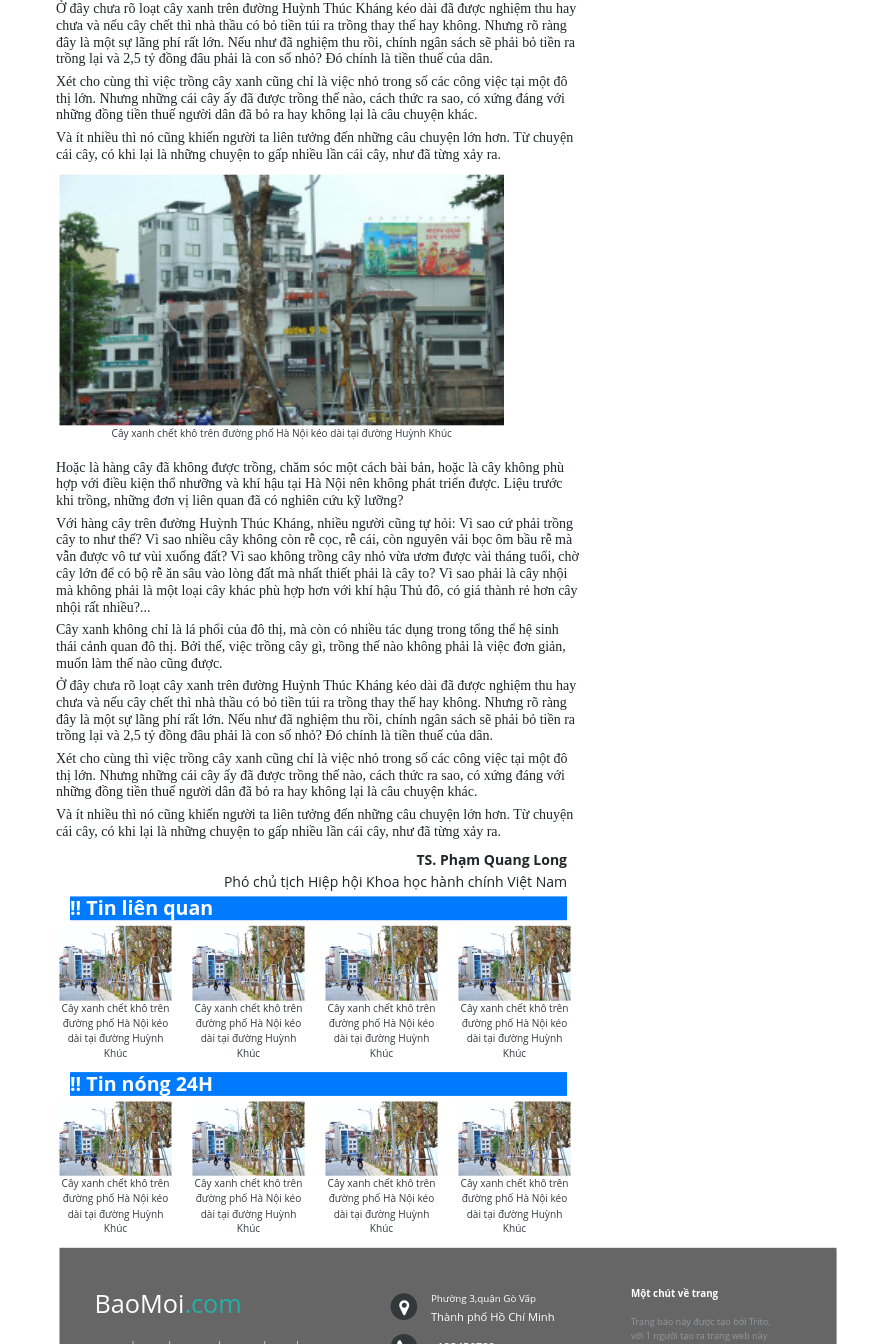
Repository: TRITO719/18_TrinhQuocToan_20081631
Page: So37/html/caykho.html
An editor plug-in stored every save of this project. The page is shown before and after the next save, followed by the edit.
The browser window is 1280 px wide. The pictures show the part of the page from y = 2091 to 4011 px (the page is 4209 px tall before and 4262 px after), at 70% of full size.

Above is the page before, as saved 2023-04-22 13:52:24.

### So37/html/caykho.html
<!DOCTYPE html>
<html lang="en">
<head>
    <meta charset="UTF-8">
    <meta http-equiv="X-UA-Compatible" content="IE=edge">
    <meta name="viewport" content="width=device-width, initial-scale=1.0">
    <title>Document</title>
    <link rel="stylesheet" href="../css/bootstrap.min.css">
    <script src="../js/jquery-3.6.4.min.js"></script>
    <script src="../js/bootstrap.min.js"></script>
    <link rel="stylesheet" href="../css/style.css">
    <link rel="stylesheet" href="https://cdnjs.cloudflare.com/ajax/libs/font-awesome/4.7.0/css/font-awesome.min.css">
</head>
<body>
    <!--Tao thuong hieu va menu-->
    <div class="container">
        <!--Nhan-->
        <a  href="">
            <img class="navbar-brand-item mx-auto d-block" src="../img/Capture.PNG" alt="">
        </a>
        <!--Menu-->
        <nav class="navbar navbar-expand-lg  navbar-light bg-light sticky-top">
            <div class="navbar-collapse collapse show" id="navbar">
                <ul class="navbar-nav">
                    <!--Trang chu-->
                    <li class="nav-item dropdown">
                        <a class="nav-link dropdown-toggle" id="trangchu" data-toggle="dropdown" aria-haspopup="true" aria-expanded="false" href="#">Trang chủ</a>
                        <div class="dropdown-menu" aria-labelledby="trangchu">
                            <a class="dropdown-item" href="#">Trang chính</a>
                            <a class="dropdown-item" href="#">Trang mua sắm</a>
                            <a class="dropdown-item" href="#">Trang giới thiệu</a>
                        </div>
                    </li>

                        <li class="nav-item dropdown">
                            <a class="nav-link dropdown-toggle" href="#" id="thoisuDropdown" role="button" data-toggle="dropdown" aria-haspopup="true" aria-expanded="false">Thời sự
                            </a>
                            <div class="dropdown-menu" aria-labelledby="thoisuDropdown">
                                <a class="dropdown-item" href="#">Tin nóng</a>
                                <a class="dropdown-item" href="#">Tin mới</a>
                                <a class="dropdown-item" href="#">Tin trong ngày</a>
                                <a class="dropdown-item" href="#">Tin trong tuần</a>
                                <a class="dropdown-item" href="#">Tin chính trị</a>
                                <a class="dropdown-item" href="#">Tin kinh tế</a>
                                <a class="dropdown-item" href="#">Tin giáo dục </a>
                                <a class="dropdown-item" href="#">Tin quân sự</a>
                            </div>
                        </li>
                        <li class="nav-item dropdown">
                            <a class="nav-link dropdown-toggle" href="#" id="thoisuDropdown" role="button" data-toggle="dropdown" aria-haspopup="true" aria-expanded="false">Thế giới
                            </a>
                            <div class="dropdown-menu" aria-labelledby="thoisuDropdown">
                                <a class="dropdown-item" href="#">Tin nóng</a>
                                <a class="dropdown-item" href="#">Tin mới</a>
                                <a class="dropdown-item" href="#">Tin trong ngày</a>
                                <a class="dropdown-item" href="#">Tin trong tuần</a>
                                <a class="dropdown-item" href="#">Tin chính trị</a>
                                <a class="dropdown-item" href="#">Tin kinh tế</a>
                                <a class="dropdown-item" href="#">Tin giáo dục </a>
                                <a class="dropdown-item" href="#">Tin quân sự</a>
                            </div>
                        </li>
                        <li class="nav-item ">
                            <a class="nav-link" href="">Video</a>

                        </li>
                        <li class="nav-item ">
                            <a class="nav-link" href="">Chủ đề</a>

                        </li>

                        <div class="col ml-auto">
                            <form class="d-flex">
                                <input class="form-control me-2" type="search" placeholder="Tìm kiếm" aria-label="Search">
                                <button class="btn btn-outline-success" type="submit">Tìm kiếm</button>
                            </form>

                        </div>

                </ul>

            </div>

        </nav>
        <div class="row text-center " style="font-family:'Times', 'Gill Sans MT', Calibri, 'Trebuchet MS', sans-serif">
            <h1>Cây xanh chết khô trên đường phố Hà Nội kéo dài tại đường Huỳnh Khúc</h1>
            <p class="text-muted" >04/04/2023</p>
            <h5 class="font-weight-bold">Sáng 3/4, nhiều cây nhội chết khô có đường kính thân 20-25cm trên vỉa hè dọc đường Huỳnh Thúc Kháng kéo dài (Hà Nội) đã được nhổ lên.</h5>
                <figure>
                    <img src="../img/cay-xanh-chet-kho-tren-duong-huynh-thuc-khang-keo-dai-2-16803995389678631728.jpg" class="d-block w-100 trans" alt="Hình ảnh 1">
                    <figcaption class="figure-caption text-center text-dark ">
                        Cây xanh chết khô trên đường phố Hà Nội kéo dài tại đường Huỳnh Khúc
                    </figcaption>


        </div>
        <div class="row">
            <div class="col-7" style="margin: 10px;padding: 10px; font-family: 'Times New Roman', Times, serif;">
                <h5>Hạng mục cây xanh trên tuyến đường này có trị giá khoảng 2,5 tỷ đồng, do nhà thầu thi công là liên danh Công ty Đường bộ Phú Thọ và Công ty CP Đầu tư DCC Hà Nội thực hiện. Trước mắt, có vài chục cây được xác định đã bị chết.</h5>

            </div>
            <div class="col-4">

            </div>
            <div class="col-sm-7 col-md-7">
                    <figure>
                        <img src="../img/caykho/img-bgt-2021-cay-xanh-1680532614-width1280height824.jpg" class="d-block w-100 trans" alt="Hình ảnh 1">
                        <figcaption class="figure-caption text-center text-dark ">
                            Cây xanh chết khô trên đường phố Hà Nội kéo dài tại đường Huỳnh Khúc
                        </figcaption>
                    </figure>
            </div>
            <div class="col-4">

            </div>
            <div class="col-8" style="font-family:'Times New Roman', Times, serif; margin: 5px; padding: 5px;">
                <h5>
                    Nguyên nhân khiến cây xanh chết khô hoặc có dấu hiệu sinh trưởng thấp được những người có trách nhiệm cho rằng “do thổ nhưỡng bị thay đổi đột ngột”.
                </h5>
                <h5>
                    Đường Huỳnh Thúc Kháng kéo dài có chiều dài khoảng 1,3km, vừa được thông xe vào ngày 17/1, có tổng mức đầu tư hơn 340 tỷ đồng do quận Đống Đa làm chủ đầu tư. Hàng cây xanh 2 bên đường với số lượng 264 cây được đầu tư đồng bộ cùng các hạng mục khác của con đường.
                </h5>
                <h5>
                    Tuy nhiên, đã nhiều tháng trôi qua, hàng cây không lên xanh mà bị khô héo. Nhiều cây chết đã lâu nên lớp vỏ bị bong tróc, gây mất cảnh quan đô thị và tiềm ẩn nguy cơ gãy, đổ, đe dọa người tham gia giao thông.
                </h5>
                <h5>
                    Còn nhớ, vào năm 2020, sau gần 3 năm trồng, những cây phong trên đường Trần Duy Hưng - Nguyễn Chí Thanh, Hà Nội cũng rơi vào tình trạng trơ trụi lá, nhiều cây bị chết khô. Tuyến đường này vốn được kỳ vọng sẽ trở thành một trong những con đường đẹp, lãng mạn nhất Thủ đô lúc bấy giờ…
                </h5>
                <h5>
                    Nhìn những cây nhội bị đốn hạ trên đường Huỳnh Thúc Kháng để chuẩn bị thay thế cây mới, nhiều người không khỏi xót xa. Dù lý do được đưa ra là “thổ nhưỡng thay đổi đột ngột” để lý giải cho hiện tượng cây chết, song cũng không loại trừ những yếu tố khác.
                </h5>
                <h5>
                    Hoặc là hàng cây đã không được trồng, chăm sóc một cách bài bản, hoặc là cây không phù hợp với điều kiện thổ nhưỡng và khí hậu tại Hà Nội nên không phát triển được. Liệu trước khi trồng, những đơn vị liên quan đã có nghiên cứu kỹ lưỡng?
                </h5>

                <h5>
                    Với hàng cây trên đường Huỳnh Thúc Kháng, nhiều người cũng tự hỏi: Vì sao cứ phải trồng cây to như thế? Vì sao nhiều cây không còn rễ cọc, rễ cái, còn nguyên vải bọc ôm bầu rễ mà vẫn được vô tư vùi xuống đất? Vì sao không trồng cây nhỏ vừa ươm được vài tháng tuổi, chờ cây lớn để có bộ rễ ăn sâu vào lòng đất mà nhất thiết phải là cây to? Vì sao phải là cây nhội mà không phải là một loại cây khác phù hợp hơn với khí hậu Thủ đô, có giá thành rẻ hơn cây nhội rất nhiều?...
                </h5>
                <h5>
                    Cây xanh không chỉ là lá phổi của đô thị, mà còn có nhiều tác dụng trong tổng thể hệ sinh thái cảnh quan đô thị. Bởi thế, việc trồng cây gì, trồng thế nào không phải là việc đơn giản, muốn làm thế nào cũng được.
                </h5>
                <h5>
                    Ở đây chưa rõ loạt cây xanh trên đường Huỳnh Thúc Kháng kéo dài đã được nghiệm thu hay chưa và nếu cây chết thì nhà thầu có bỏ tiền túi ra trồng thay thế hay không. Nhưng rõ ràng đây là một sự lãng phí rất lớn. Nếu như đã nghiệm thu rồi, chính ngân sách sẽ phải bỏ tiền ra trồng lại và 2,5 tỷ đồng đâu phải là con số nhỏ? Đó chính là tiền thuế của dân.
                </h5>
                <h5>
                    Xét cho cùng thì việc trồng cây xanh cũng chỉ là việc nhỏ trong số các công việc tại một đô thị lớn. Nhưng những cái cây ấy đã được trồng thế nào, cách thức ra sao, có xứng đáng với những đồng tiền thuế người dân đã bỏ ra hay không lại là câu chuyện khác.

                </h5>
                <h5>
                    Và ít nhiều thì nó cũng khiến người ta liên tưởng đến những câu chuyện lớn hơn. Từ chuyện cái cây, có khi lại là những chuyện to gấp nhiều lần cái cây, như đã từng xảy ra.
                </h5>
            </div>
            <div class="col-sm-7 col-md-7">
                <figure>
                    <img src="../img/caykho/img-bgt-2021-img-9447-1679054770-width288height169.jpg" class="d-block w-100 trans" alt="Hình ảnh 1">
                    <figcaption class="figure-caption text-center text-dark ">
                        Cây xanh chết khô trên đường phố Hà Nội kéo dài tại đường Huỳnh Khúc
                    </figcaption>
                </figure>
        </div>
        <div class="col-4">

        </div>
        <div class="col-8" style="font-family:'Times New Roman', Times, serif; margin: 5px; padding: 5px;">
            <h5>
                Hoặc là hàng cây đã không được trồng, chăm sóc một cách bài bản, hoặc là cây không phù hợp với điều kiện thổ nhưỡng và khí hậu tại Hà Nội nên không phát triển được. Liệu trước khi trồng, những đơn vị liên quan đã có nghiên cứu kỹ lưỡng?
            </h5>

            <h5>
                Với hàng cây trên đường Huỳnh Thúc Kháng, nhiều người cũng tự hỏi: Vì sao cứ phải trồng cây to như thế? Vì sao nhiều cây không còn rễ cọc, rễ cái, còn nguyên vải bọc ôm bầu rễ mà vẫn được vô tư vùi xuống đất? Vì sao không trồng cây nhỏ vừa ươm được vài tháng tuổi, chờ cây lớn để có bộ rễ ăn sâu vào lòng đất mà nhất thiết phải là cây to? Vì sao phải là cây nhội mà không phải là một loại cây khác phù hợp hơn với khí hậu Thủ đô, có giá thành rẻ hơn cây nhội rất nhiều?...
            </h5>
            <h5>
                Cây xanh không chỉ là lá phổi của đô thị, mà còn có nhiều tác dụng trong tổng thể hệ sinh thái cảnh quan đô thị. Bởi thế, việc trồng cây gì, trồng thế nào không phải là việc đơn giản, muốn làm thế nào cũng được.
            </h5>
            <h5>
                Ở đây chưa rõ loạt cây xanh trên đường Huỳnh Thúc Kháng kéo dài đã được nghiệm thu hay chưa và nếu cây chết thì nhà thầu có bỏ tiền túi ra trồng thay thế hay không. Nhưng rõ ràng đây là một sự lãng phí rất lớn. Nếu như đã nghiệm thu rồi, chính ngân sách sẽ phải bỏ tiền ra trồng lại và 2,5 tỷ đồng đâu phải là con số nhỏ? Đó chính là tiền thuế của dân.
            </h5>
            <h5>
                Xét cho cùng thì việc trồng cây xanh cũng chỉ là việc nhỏ trong số các công việc tại một đô thị lớn. Nhưng những cái cây ấy đã được trồng thế nào, cách thức ra sao, có xứng đáng với những đồng tiền thuế người dân đã bỏ ra hay không lại là câu chuyện khác.

            </h5>
            <h5>
                Và ít nhiều thì nó cũng khiến người ta liên tưởng đến những câu chuyện lớn hơn. Từ chuyện cái cây, có khi lại là những chuyện to gấp nhiều lần cái cây, như đã từng xảy ra.
            </h5>


        </div>


        </div>
        <div class="col-8">
            <div class="text-right">
                <h5 class="font-weight-bold">
                    TS. Phạm Quang Long
                </h5>
                <h5>
                    Phó chủ tịch Hiệp hội Khoa học hành chính Việt Nam
                </h5>

            </div>
            <div>
                <h3 class="text-white font-weight-bold bg-primary">!! Tin liên quan</h3>
            </div>
        </div>
        <div class="row">
            <div class="col-sm-2 col-md-2">
                <a href="">
                    <figure>
                        <img src="../img/cay-xanh-chet-kho-tren-duong-huynh-thuc-khang-keo-dai-2-16803995389678631728.jpg" class="d-block w-100 trans" alt="Hình ảnh 1">
                        <figcaption class="figure-caption text-center text-dark ">
                            Cây xanh chết khô trên đường phố Hà Nội kéo dài tại đường Huỳnh Khúc
                        </figcaption>
                </a>

            </div>
            <div class="col-sm-2 col-md-2">
                <a href="">
                    <figure>
                        <img src="../img/cay-xanh-chet-kho-tren-duong-huynh-thuc-khang-keo-dai-2-16803995389678631728.jpg" class="d-block w-100 trans" alt="Hình ảnh 1">
                        <figcaption class="figure-caption text-center text-dark ">
                            Cây xanh chết khô trên đường phố Hà Nội kéo dài tại đường Huỳnh Khúc
                        </figcaption>
                </a>

            </div>
            <div class="col-sm-2 col-md-2">
                <a href="">
                    <figure>
                        <img src="../img/cay-xanh-chet-kho-tren-duong-huynh-thuc-khang-keo-dai-2-16803995389678631728.jpg" class="d-block w-100 trans" alt="Hình ảnh 1">
                        <figcaption class="figure-caption text-center text-dark ">
                            Cây xanh chết khô trên đường phố Hà Nội kéo dài tại đường Huỳnh Khúc
                        </figcaption>
                </a>

            </div>
            <div class="col-sm-2 col-md-2">
                <a href="">
                    <figure>
                        <img src="../img/cay-xanh-chet-kho-tren-duong-huynh-thuc-khang-keo-dai-2-16803995389678631728.jpg" class="d-block w-100 trans" alt="Hình ảnh 1">
                        <figcaption class="figure-caption text-center text-dark ">
                            Cây xanh chết khô trên đường phố Hà Nội kéo dài tại đường Huỳnh Khúc
                        </figcaption>
                </a>

            </div>

        </div>
        <div class="col-sm-8 col-md-8">
            <div>
                <h3 class="text-white font-weight-bold bg-primary">!! Tin nóng 24H</h3>
            </div>

        </div>
        <div class="row">
            <div class="col-sm-2 col-md-2">
                <a href="">
                    <figure>
                        <img src="../img/cay-xanh-chet-kho-tren-duong-huynh-thuc-khang-keo-dai-2-16803995389678631728.jpg" class="d-block w-100 trans" alt="Hình ảnh 1">
                        <figcaption class="figure-caption text-center text-dark ">
                            Cây xanh chết khô trên đường phố Hà Nội kéo dài tại đường Huỳnh Khúc
                        </figcaption>
                </a>

            </div>
            <div class="col-sm-2 col-md-2">
                <a href="">
                    <figure>
                        <img src="../img/cay-xanh-chet-kho-tren-duong-huynh-thuc-khang-keo-dai-2-16803995389678631728.jpg" class="d-block w-100 trans" alt="Hình ảnh 1">
                        <figcaption class="figure-caption text-center text-dark ">
                            Cây xanh chết khô trên đường phố Hà Nội kéo dài tại đường Huỳnh Khúc
                        </figcaption>
                </a>

            </div>
            <div class="col-sm-2 col-md-2">
                <a href="">
                    <figure>
                        <img src="../img/cay-xanh-chet-kho-tren-duong-huynh-thuc-khang-keo-dai-2-16803995389678631728.jpg" class="d-block w-100 trans" alt="Hình ảnh 1">
                        <figcaption class="figure-caption text-center text-dark ">
                            Cây xanh chết khô trên đường phố Hà Nội kéo dài tại đường Huỳnh Khúc
                        </figcaption>
                </a>

            </div>
            <div class="col-sm-2 col-md-2">
                <a href="">
                    <figure>
                        <img src="../img/cay-xanh-chet-kho-tren-duong-huynh-thuc-khang-keo-dai-2-16803995389678631728.jpg" class="d-block w-100 trans" alt="Hình ảnh 1">
                        <figcaption class="figure-caption text-center text-dark ">
                            Cây xanh chết khô trên đường phố Hà Nội kéo dài tại đường Huỳnh Khúc
                        </figcaption>
                </a>

            </div>

        </div>
        <footer class="footer-distributed">

            <div class="footer-left">

                <h3>BaoMoi<span>.com</span></h3>

                <p class="footer-links">
                    <a href="#" class="link-1">Home</a>

                    <a href="#">Blog</a>

                    <a href="#">Pricing</a>

                    <a href="#">About</a>

                    <a href="#">Faq</a>

                    <a href="#">Contact</a>
                </p>

                <p class="footer-company-name">Bao Moi by Trito © 2023</p>
            </div>

            <div class="footer-center">

                <div>
                    <i class="fa fa-map-marker"></i>
                    <p><span>Phường 3,quận Gò Vấp</span> Thành phố Hồ Chí Minh</p>
                </div>

                <div>
                    <i class="fa fa-phone"></i>
                    <p>+123456789</p>
                </div>

                <div>
                    <i class="fa fa-envelope"></i>
                    <p><a href="trito719@gmail.com">trito719@gmail.com</a></p>
                </div>

            </div>

            <div class="footer-right">

                <p class="footer-company-about">
                    <span>Một chút về trang</span>
                    Trang báo này được tạo bởi Trito, với 1 người tạo ra trang web này nên độ hoàn thiện và chỉnh chu chưa được cao. Xin cảm ơn!
                </p>

                <div class="footer-icons">

                    <a href="https://www.facebook.com/" ><i class="fa fa-facebook"></i></a>
                    <a href="https://twitter.com/home"><i class="fa fa-twitter"></i></a>
                    <a href="https://www.linkedin.com/"><i class="fa fa-linkedin"></i></a>
                    <a href="https://github.com/"><i class="fa fa-github"></i></a>
                    <a href="https://www.youtube.com/watch?v=dQw4w9WgXcQ"><i class="fa fa-youtube"></i></a>


                </div>

            </div>

        </footer>

    </div>


</body>

Loaded but not shown: So37/css/bootstrap.min.css (library); So37/js/jquery-3.6.4.min.js (library); So37/js/bootstrap.min.js (library); So37/css/style.css (210 lines, source omitted)

After the next save:
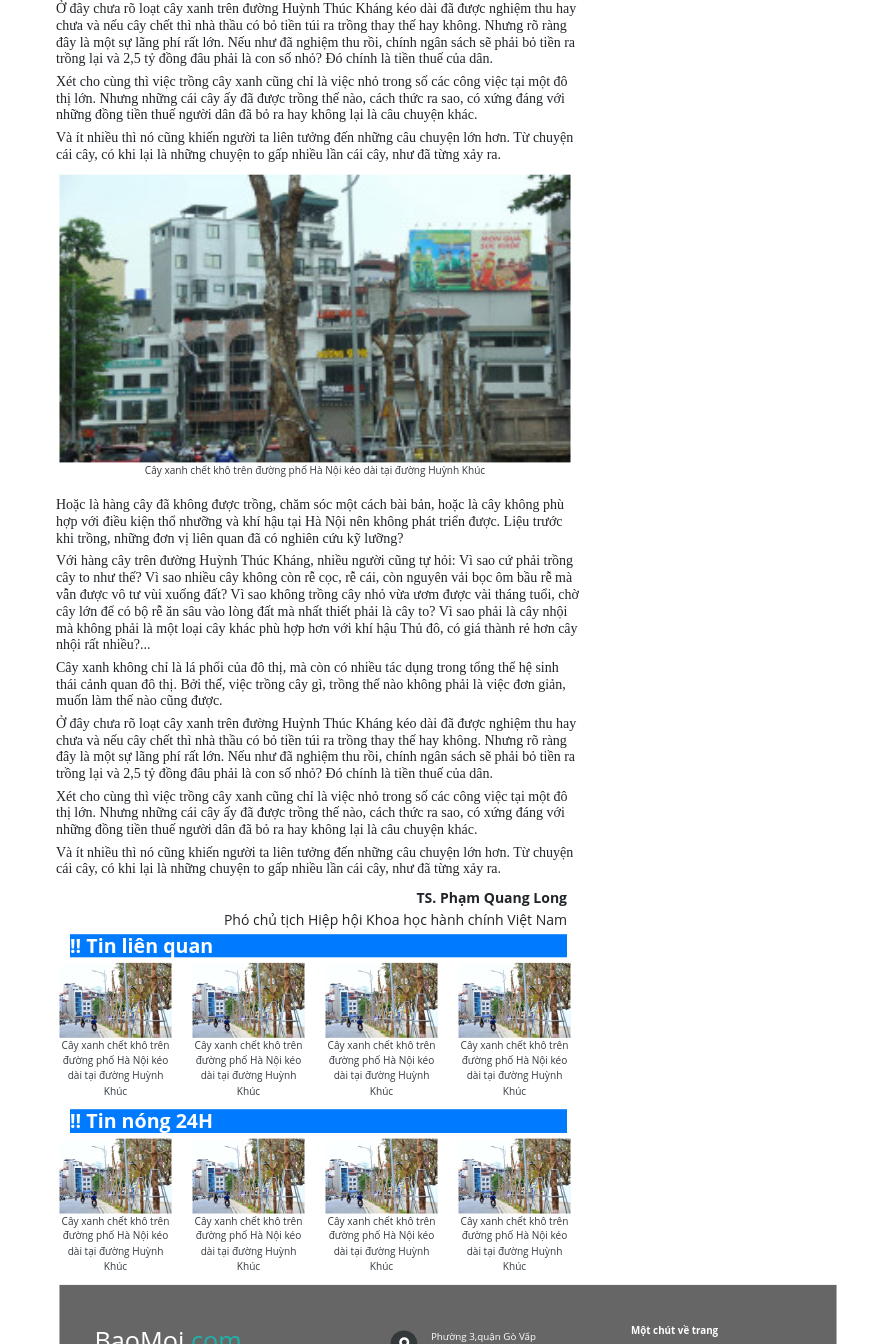
Saved 61 s later.
--- a/So37/html/caykho.html
+++ b/So37/html/caykho.html
@@ -150,7 +150,7 @@
                     Và ít nhiều thì nó cũng khiến người ta liên tưởng đến những câu chuyện lớn hơn. Từ chuyện cái cây, có khi lại là những chuyện to gấp nhiều lần cái cây, như đã từng xảy ra.
                 </h5>
             </div>
-            <div class="col-sm-7 col-md-7">
+            <div class="col-sm-8 col-md-8">
                 <figure>
                     <img src="../img/caykho/img-bgt-2021-img-9447-1679054770-width288height169.jpg" class="d-block w-100 trans" alt="Hình ảnh 1">
                     <figcaption class="figure-caption text-center text-dark ">
@@ -158,7 +158,7 @@
                     </figcaption>
                 </figure>
         </div>
-        <div class="col-4">
+        <div class="col-3">
 
         </div>
         <div class="col-8" style="font-family:'Times New Roman', Times, serif; margin: 5px; padding: 5px;">
